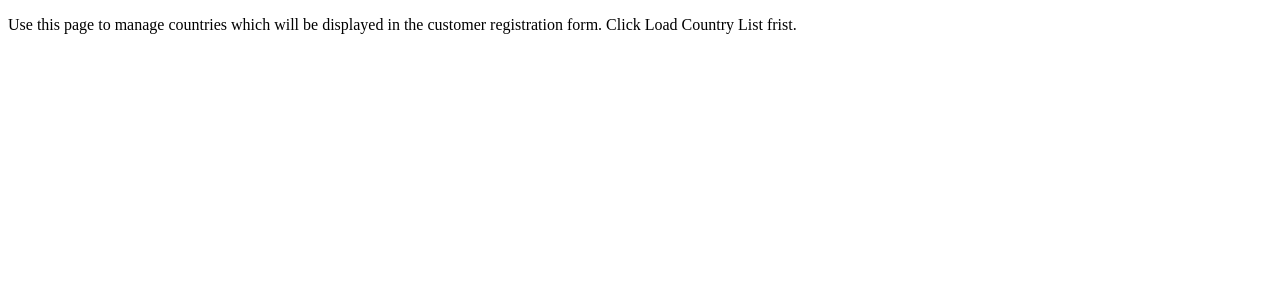
Repository: Tungk02/Shopme
Page: http://localhost/settings/states
The author's editor kept a copy of each file at every save. The page is drawn from the files as they stood at one save, then again after the next save.
The browser window is 1280 px wide. The pictures show the whole page.
The page is this project's Thymeleaf template; nobody is signed in. The template is opened directly, without the code that normally fills it, so the values that code supplies are empty.

Above is the page before, as saved 2023-11-25 15:53:48.

After the next save:
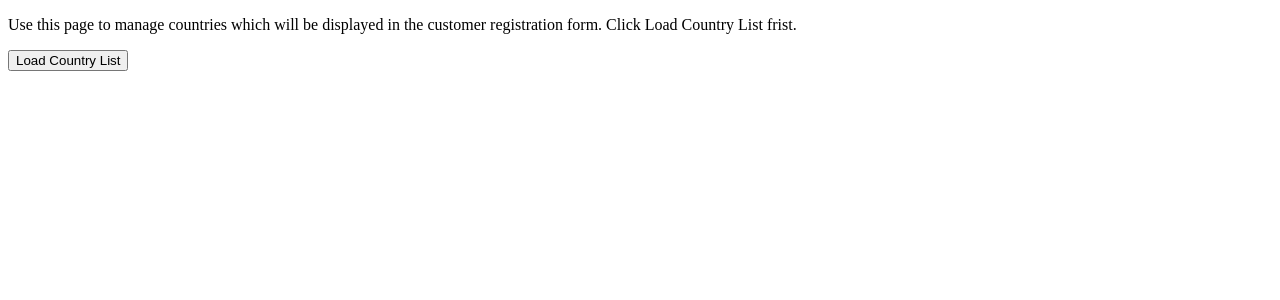
Saved 5 s later.
--- a/ShopmeEcommerce/ShopmeProject/ShopmeWebParent/ShopmeBackEnd/src/main/resources/templates/settings/states.html
+++ b/ShopmeEcommerce/ShopmeProject/ShopmeWebParent/ShopmeBackEnd/src/main/resources/templates/settings/states.html
@@ -9,6 +9,9 @@
 				registration form. Click Load Country List frist.
 			</p>
 		</div>
+		<div>
+			<input type="button" value="Load Country List" class="btn btn-primary">
+		</div>
 	</div>
 </body>
 
